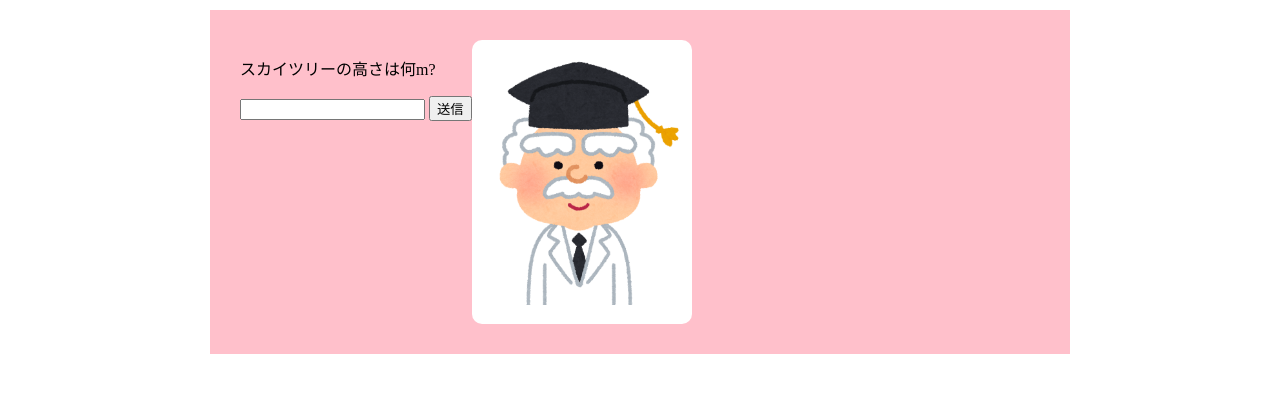
Repository: cshm225/jsplesson
Page: http://localhost/quiz/
An editor plug-in stored every save of this project. The page is shown before and after the next save, followed by the edit.
The browser window is 1280 px wide. The pictures show the whole page.
The page is served by Tomcat 9.

Above is the page before, as saved 2022-05-25 05:00:58.

### quiz/WebContent/index.html
<!DOCTYPE html>
<html>
<head>
<meta charset="UTF-8">
<title>Quiz</title>
<link rel="stylesheet" href="/quiz/css/main.css">
</head>
<body>
<div id="container">
	<div id="boxA">
		<p>スカイツリーの高さは何m?</p>
		<form action="/quiz/result" method="post" >
		<input type="text" name="ans">
		<input type="submit" value="送信">
</form>
	</div>
	<div id="boxB">
		<div class=imgbox>
			<img src="/quiz/images/smile.png">
		</div>
	</div>
</div>
</body>
</html>

### quiz/WebContent/css/main.css
@charset "UTF-8";
#container{
	width:800px;
	margin:10px auto;
	background:pink;
	display:flex;
	padding:30px;
}
#boxB .imgbox{
	border-radius:10px;
	overflow:hiden;
	width:200px;

	background:#fff;
	padding:18px 10px 15px;
}
#boxB .imgbox img{
	width:100%;
}

After the next save:
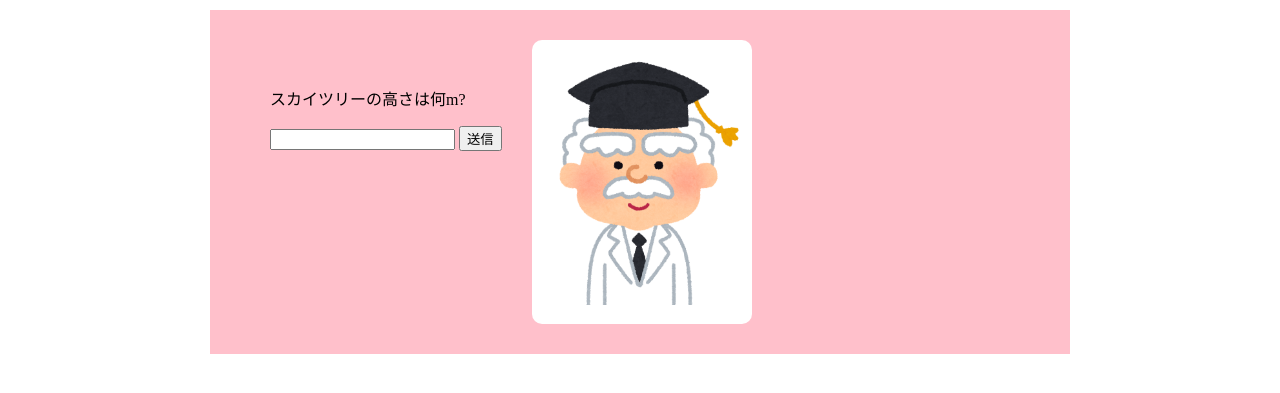
Saved 28 s later.
--- a/quiz/WebContent/css/main.css
+++ b/quiz/WebContent/css/main.css
@@ -5,6 +5,9 @@
 	background:pink;
 	display:flex;
 	padding:30px;
+}
+#boxA{
+	margin:30px;
 }
 #boxB .imgbox{
 	border-radius:10px;
